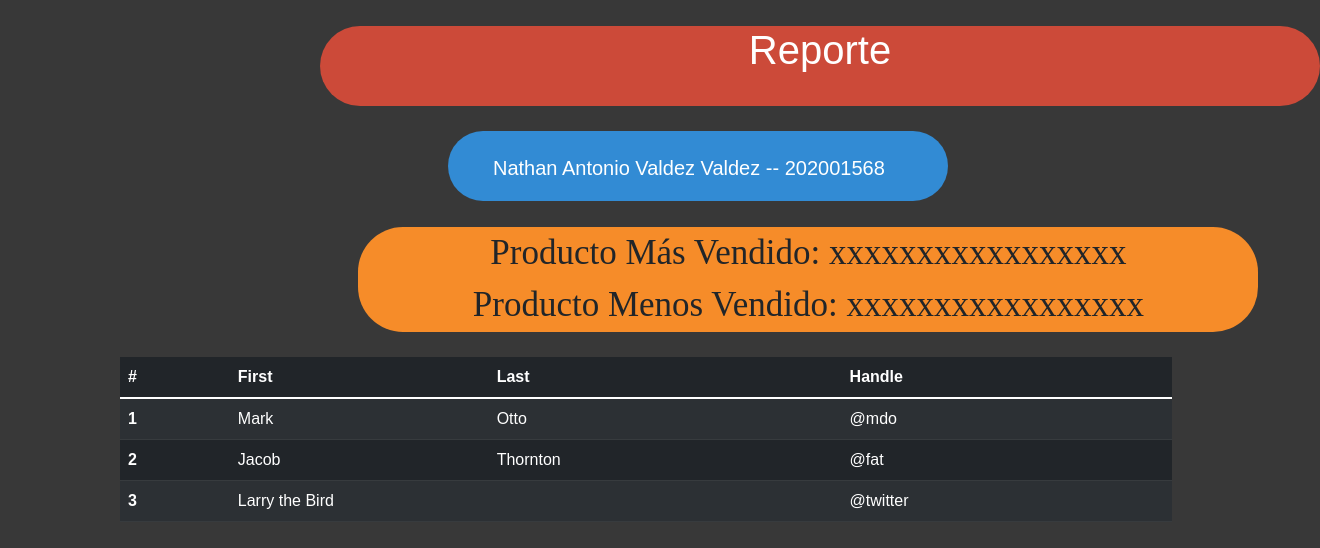
Repository: nathanvdev/LFP_PR_202001568
Page: plantilla.html
An editor plug-in stored every save of this project. The page is shown before and after the next save, followed by the edit.
The browser window is 1280 px wide. The page is 1320 px wide, so the pictures cover 1320 px, including what lies to the right of the window. The pictures show the whole page.

Above is the page before, as saved 2022-02-19 19:22:00.

### plantilla.html

<!DOCTYPE html>
<html lang="en">
<head>
    <meta charset="UTF-8">
    <meta http-equiv="X-UA-Compatible" content="IE=edge">
    <meta name="viewport" content="width=device-width, initial-scale=1.0">
    <link href="https://cdn.jsdelivr.net/npm/bootstrap@5.1.3/dist/css/bootstrap.min.css" rel="stylesheet" integrity="sha384-1BmE4kWBq78iYhFldvKuhfTAU6auU8tT94WrHftjDbrCEXSU1oBoqyl2QvZ6jIW3" crossorigin="anonymous">
    <title>Document</title>
</head>
<style>
    body{
        font-family: sans-serif;
    }
    .titlebox{
        background-color: rgb(204, 74, 57);
        height: 80px;
        width: 1000px;
        margin: 2%;
        margin-left: 25%;
        border-radius: 45px;

        text-align: center;
        display: flex;
        justify-content: center;
    }
    .PersonalInfo{
        background-color: rgb(50, 139, 212);
        height: 70px;
        width: 500px;
        margin: 2%;
        margin-top: 0px;
        margin-left: 35%;
        border-radius: 45px;

    }
    .tabla{
        width: 90%;
        height: auto;
        margin: 20px;
        padding-left: 100px;

    }
    .Datos{
        background-color: rgb(246, 140, 41);
        height: auto;
        width: 900px;
        margin: 2%;
        margin-top: 0px;
        margin-left: 28%;
        border-radius: 45px;
        text-align: center;
    }
    .productos{
        font-size: 35px;
        font-family: 'Times New Roman', Times, serif;

    }
</style>
<body style="background-color: rgb(56, 56, 56);">
    <div class="titlebox">
        <h1 style="color: white;">Reporte</h1>
    </div>
    <div class="PersonalInfo">
        <h3 style="color: white;
        margin: 5%; float: left; font-size: 20px; padding-left: 20px;">
            Nathan Antonio Valdez Valdez  --  202001568
        </h3>
    </div>

    <div class="Datos">
        <div class="productos">
            Producto Más Vendido:
            xxxxxxxxxxxxxxxxx
            <br>
            Producto Menos Vendido:
            xxxxxxxxxxxxxxxxx
        </div>
    </div>

    <div class="tabla">
    <table class="table table-dark table-striped">
        <thead>
          <tr>
            <th scope="col">#</th>
            <th scope="col">First</th>
            <th scope="col">Last</th>
            <th scope="col">Handle</th>
          </tr>
        </thead>
        <tbody>
          <tr>
            <th scope="row">1</th>
            <td>Mark</td>
            <td>Otto</td>
            <td>@mdo</td>
          </tr>
          <tr>
            <th scope="row">2</th>
            <td>Jacob</td>
            <td>Thornton</td>
            <td>@fat</td>
          </tr>
          <tr>
            <th scope="row">3</th>
            <td colspan="2">Larry the Bird</td>
            <td>@twitter</td>
          </tr>
        </tbody>
      </table>
    </div>
</body>
</html>

After the next save:
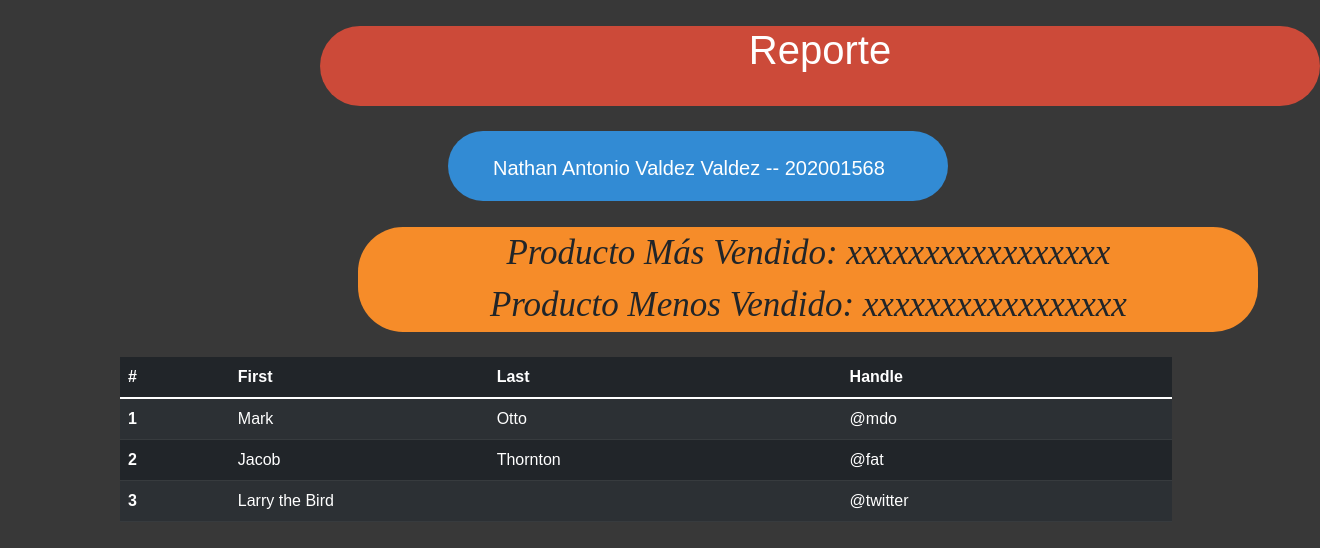
Saved 25 s later.
--- a/plantilla.html
+++ b/plantilla.html
@@ -54,6 +54,7 @@
     .productos{
         font-size: 35px;
         font-family: 'Times New Roman', Times, serif;
+        font-style: oblique;
 
     }
 </style>

After the save that followed:
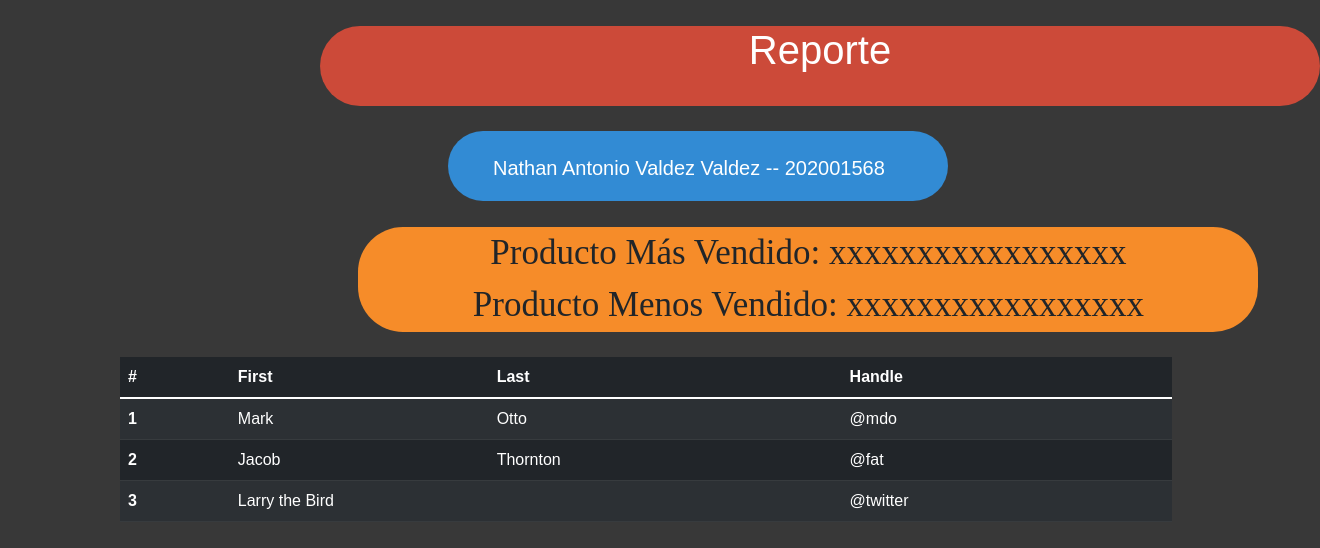
Saved 18 s later.
--- a/plantilla.html
+++ b/plantilla.html
@@ -54,7 +54,7 @@
     .productos{
         font-size: 35px;
         font-family: 'Times New Roman', Times, serif;
-        font-style: oblique;
+
 
     }
 </style>
